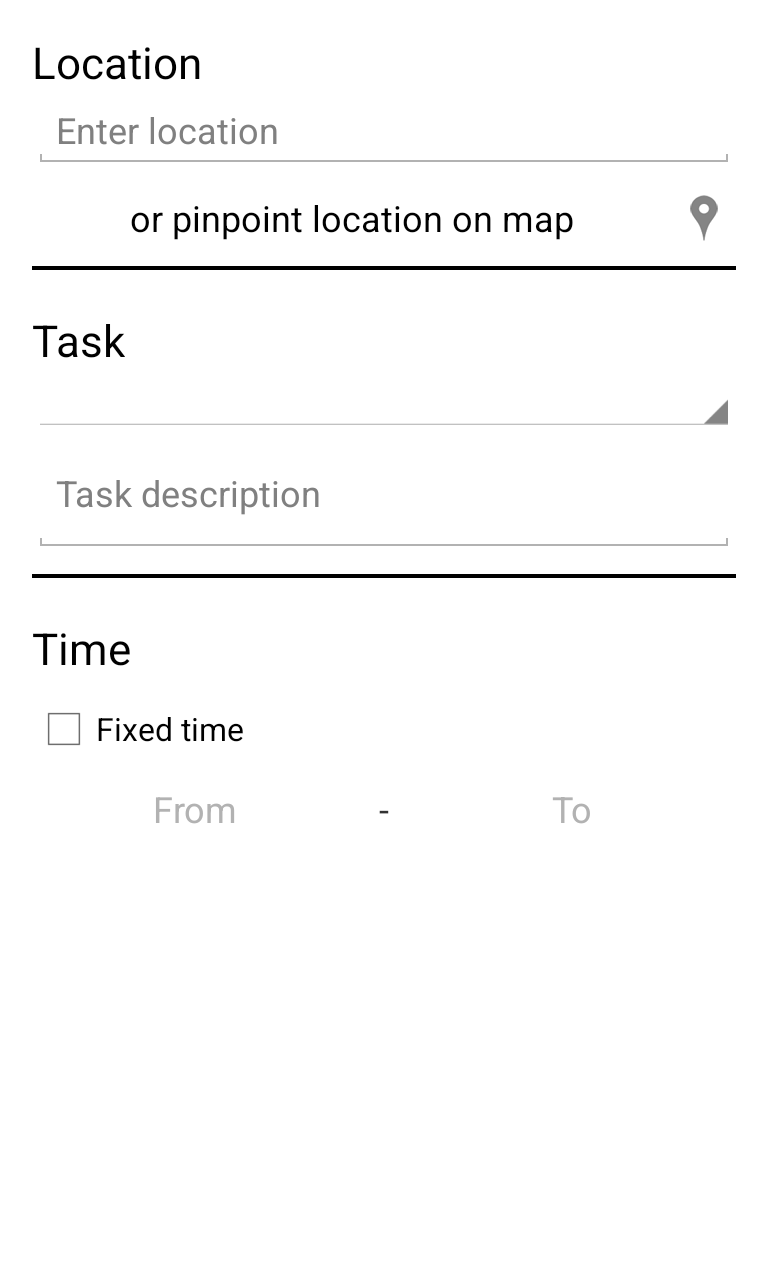
Repository: larserikstrand/IMT4904-Master
Layout: MTP/res/layout/activity_new_task.xml
An editor plug-in stored every save of this project. The layout is shown before and after the next save, followed by the edit.
It is drawn on a 768 x 1280 px phone screen (xhdpi) without system bars, with theme android:Theme.Holo.Light; the app's code is not run.

Above is the layout before, as saved 2014-02-10 20:38:51.

### MTP/res/layout/activity_new_task.xml
<LinearLayout xmlns:android="http://schemas.android.com/apk/res/android"
    xmlns:tools="http://schemas.android.com/tools"
    android:layout_width="match_parent"
    android:layout_height="match_parent"
    android:paddingBottom="@dimen/activity_vertical_margin"
    android:paddingLeft="@dimen/activity_horizontal_margin"
    android:paddingRight="@dimen/activity_horizontal_margin"
    android:paddingTop="@dimen/activity_vertical_margin"
    android:orientation="vertical"
    tools:context=".NewTaskActivity" >

    <TextView
        android:layout_width="wrap_content"
        android:layout_height="wrap_content"
        android:text="@string/location"
        android:textAppearance="?android:attr/textAppearanceLarge" />

    <EditText android:id="@+id/location_edit"
        android:layout_width="match_parent"
        android:layout_height="wrap_content"
        android:hint="@string/location_hint" />

    <Button android:id="@+id/location_button"
        android:layout_width="match_parent"
        android:layout_height="wrap_content"
        android:background="?android:attr/selectableItemBackground"
        android:text="@string/pinpoint"
        android:drawableRight="@drawable/ic_location_place" />

    <View android:layout_width="match_parent"
        android:layout_height="2dp"
        android:background="@android:color/black" />

    <TextView
        android:layout_width="wrap_content"
        android:layout_height="wrap_content"
        android:layout_marginTop="20dp"
        android:text="@string/task"
        android:textAppearance="?android:attr/textAppearanceLarge" />

    <Spinner android:id="@+id/category_spinner"
        android:layout_width="match_parent"
        android:layout_height="wrap_content" />

    <EditText android:id="@+id/description_edit"
        android:layout_width="match_parent"
        android:layout_height="wrap_content"
        android:layout_marginBottom="10dp"
        android:lines="2"
        android:hint="@string/task_description_hint" />

    <View android:layout_width="match_parent"
        android:layout_height="2dp"
        android:background="@android:color/black" />

    <TextView
        android:layout_width="wrap_content"
        android:layout_height="wrap_content"
        android:layout_marginTop="20dp"
        android:text="@string/time"
        android:textAppearance="?android:attr/textAppearanceLarge" />

    <CheckBox android:id="@+id/fixed_time_check"
        android:layout_width="match_parent"
        android:layout_height="wrap_content"
        android:layout_marginTop="10dp"
        android:text="@string/fixed_time" />

    <LinearLayout android:id="@+id/time_layout"
        android:layout_width="match_parent"
        android:layout_height="wrap_content"
        android:orientation="horizontal" >

        <Button android:id="@+id/from_button"
            android:layout_width="0dp"
            android:layout_height="wrap_content"
            android:layout_weight="1"
            android:layout_marginRight="10dp"
            android:background="?android:attr/selectableItemBackground"
            android:text="@string/from"
            android:enabled="false" />

        <TextView android:layout_width="wrap_content"
            android:layout_height="wrap_content"
            android:text="@string/divider"
            android:textSize="18sp" />

        <Button android:id="@+id/to_button"
            android:layout_width="0dp"
            android:layout_height="wrap_content"
            android:layout_weight="1"
            android:layout_marginLeft="10dp"
            android:background="?android:attr/selectableItemBackground"
            android:text="@string/to"
            android:enabled="false" />

    </LinearLayout>

    <View android:layout_width="match_parent"
        android:layout_height="0dp"
        android:layout_weight="1" />

    <Button android:id="@+id/done_button" />

</LinearLayout>

### MTP/res/values/strings.xml
<?xml version="1.0" encoding="utf-8"?>
<resources>

    <!-- Titles -->
    <string name="app_name">MTP</string>
    <string name="title_activity_list">ListActivity</string>
    <string name="title_activity_new_task">New Task</string>
    <string name="title_activity_map">Map</string>

    <!-- Menu -->
    <string name="action_settings">Settings</string>
    <string name="action_about">About</string>

    <!-- General -->
    <string name="today">Today</string>
    <string name="week">Week</string>
    <string name="all_tasks">All Tasks</string>
    <string name="task">Task</string>
    <string name="new_task_list">New task list</string>
    <string name="new_task">New task</string>
    <string name="edit_list">Edit list</string>
    <string name="edit">Edit</string>
    <string name="delete">Delete</string>
    <string name="set_date">Set date</string>
    <string name="save">Save</string>
    <string name="done">Done</string>
    <string name="location">Location</string>
    <string name="location_hint">Enter location</string>
    <string name="pinpoint">or pinpoint location on map</string>
    <string name="task_description_hint">Task description</string>
    <string name="time">Time</string>
    <string name="fixed_time">Fixed time</string>
    <string name="from">From</string>
    <string name="to">To</string>
    <string name="divider">-</string>

    <!-- Messages/Alerts -->


    <!-- Arrays -->
    <string-array name="undergraduate_tasks_array">
        <item>Attend lecture</item>
        <item>Write report</item>
        <item>Do course exercises</item>
        <item>Meeting</item>
        <item>Group work</item>
    </string-array>

    <string-array name="postgraduate_tasks_array">
        <item>Write thesis</item>
        <item>Meeting</item>
    </string-array>

</resources>

Loaded but not shown: MTP/res/values/dimens.xml (common file)

After the next save:
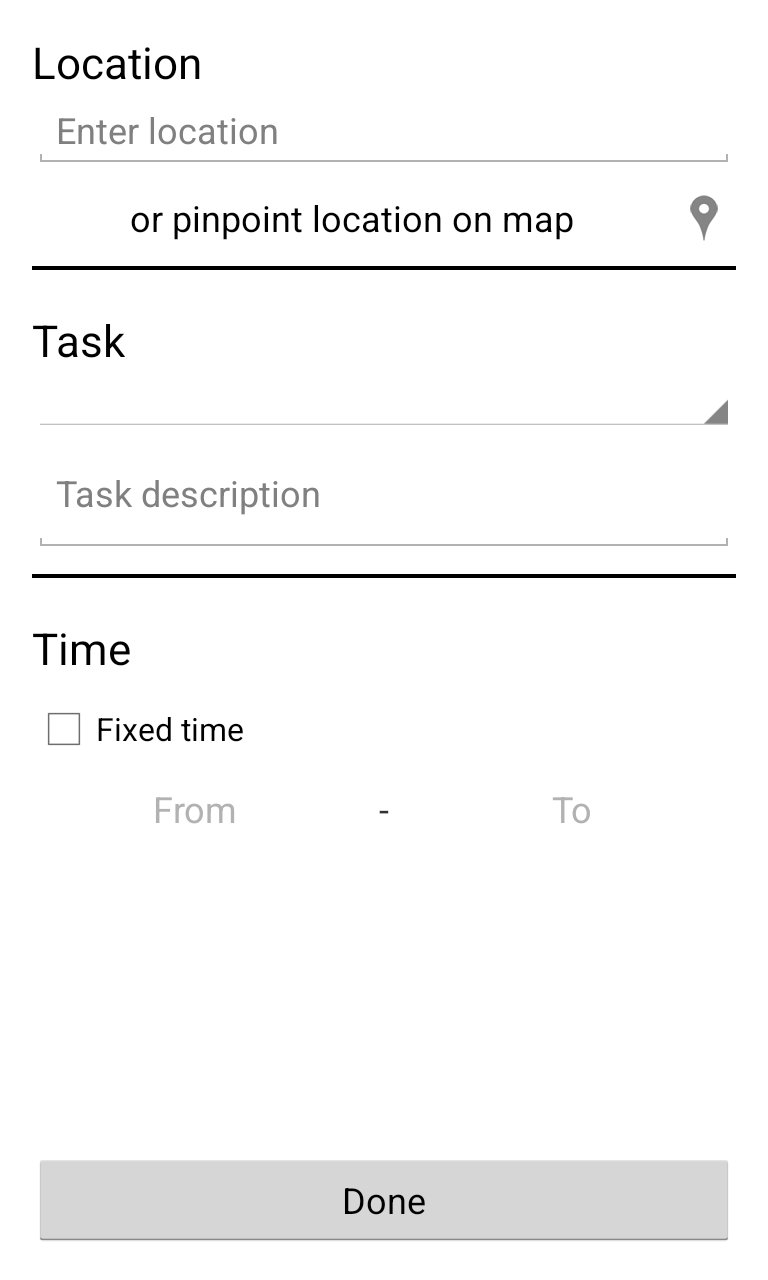
Saved 39 s later.
--- a/MTP/res/layout/activity_new_task.xml
+++ b/MTP/res/layout/activity_new_task.xml
@@ -100,6 +100,9 @@
         android:layout_height="0dp"
         android:layout_weight="1" />
 
-    <Button android:id="@+id/done_button" />
+    <Button android:id="@+id/done_button"
+        android:layout_width="match_parent"
+        android:layout_height="wrap_content"
+        android:text="@string/done" />
 
 </LinearLayout>

After the save that followed:
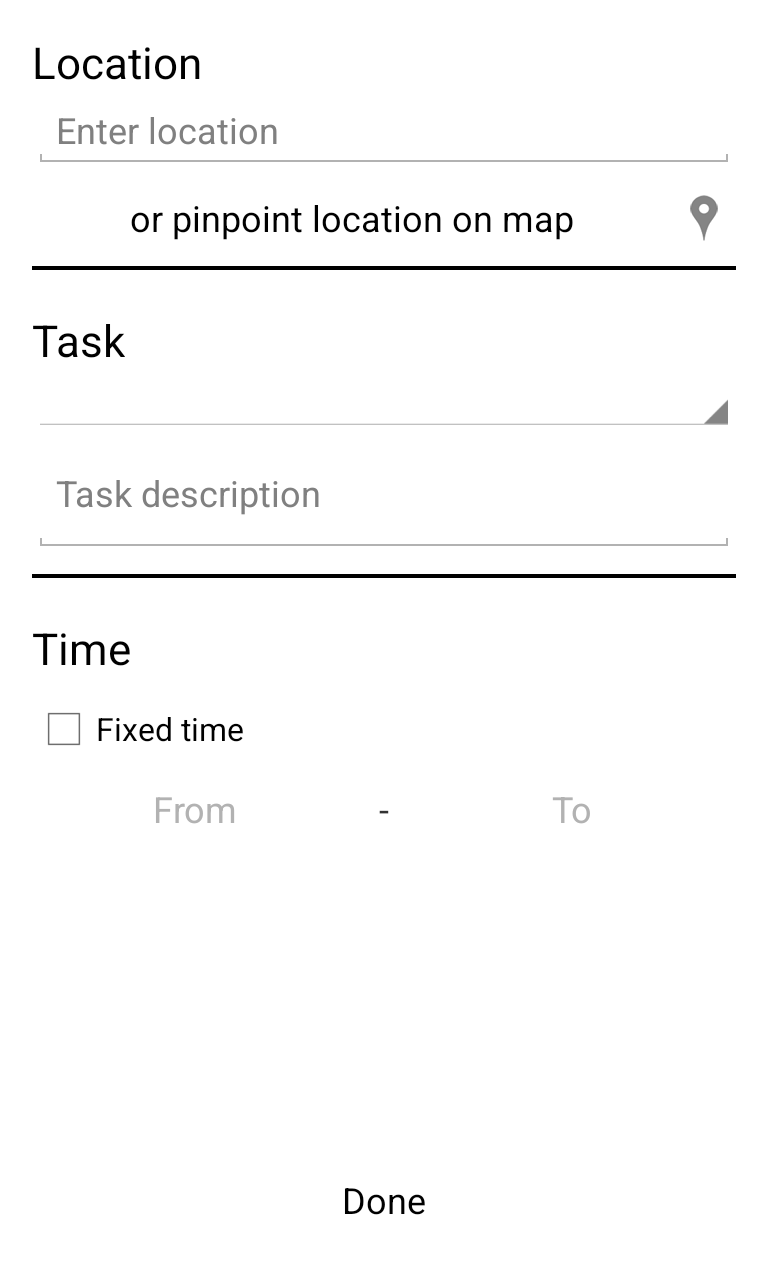
Saved 11 s later.
--- a/MTP/res/layout/activity_new_task.xml
+++ b/MTP/res/layout/activity_new_task.xml
@@ -103,6 +103,7 @@
     <Button android:id="@+id/done_button"
         android:layout_width="match_parent"
         android:layout_height="wrap_content"
+        android:background="?android:attr/selectableItemBackground"
         android:text="@string/done" />
 
 </LinearLayout>
